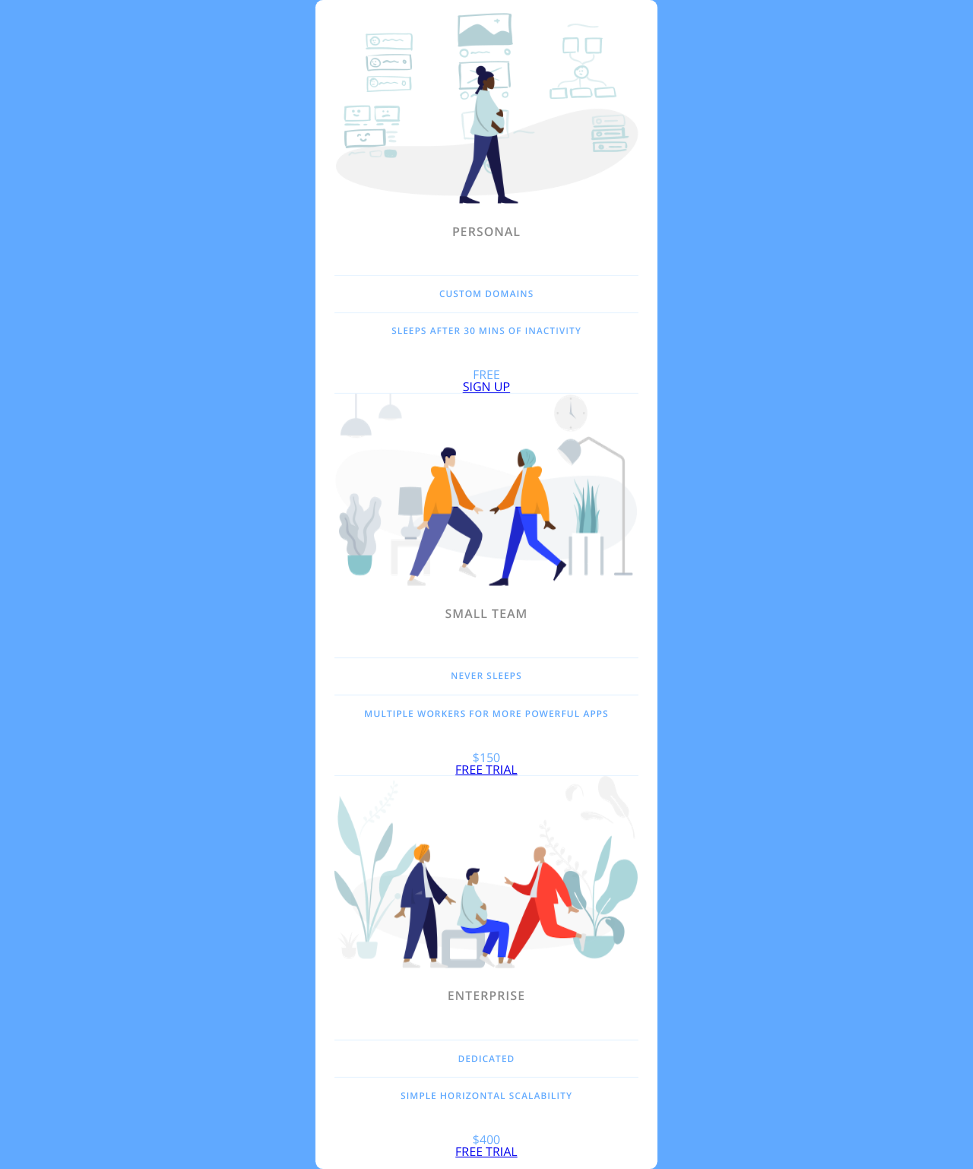
Repository: fatehailey/Pricing-Panel
Page: index.html
These files come from the project's save history. The page is drawn as it stood at one moment and after a run of saves; the edit follows.
The browser window is 1280 px wide. The pictures show the whole page, at 76% of full size.

Above is the page before, as saved 2022-09-05 20:22:56.

After the next 7 saves:
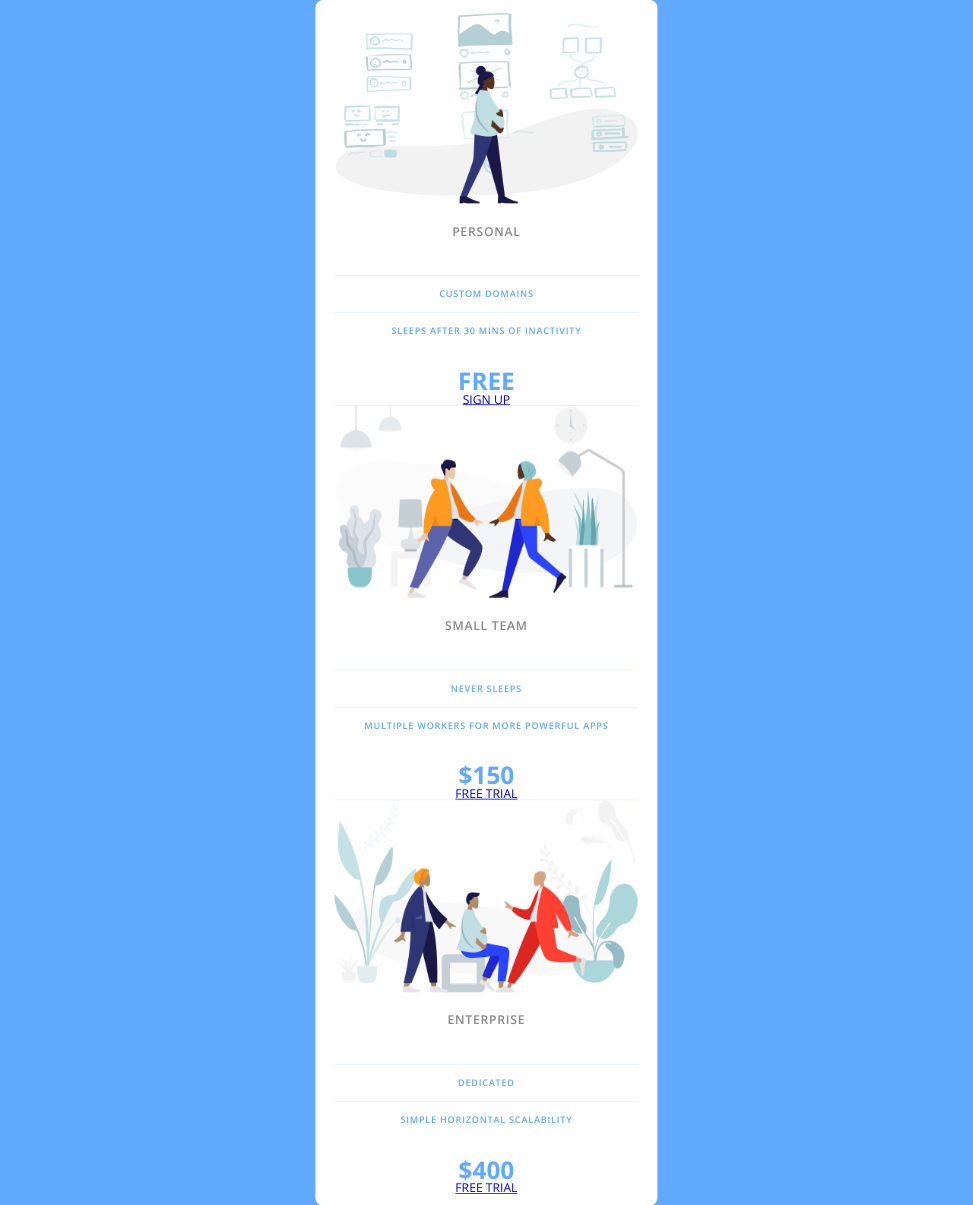
The 7 saves are shown as one change because they came seconds apart.
The last was saved 17 s later.
--- a/app.css
+++ b/app.css
@@ -103,5 +103,6 @@
 .pricing-price{
     color: #60a9ff;
     display: block;
-    fon
+    font-size: 32px;
+    font-weight: 700;
 }
